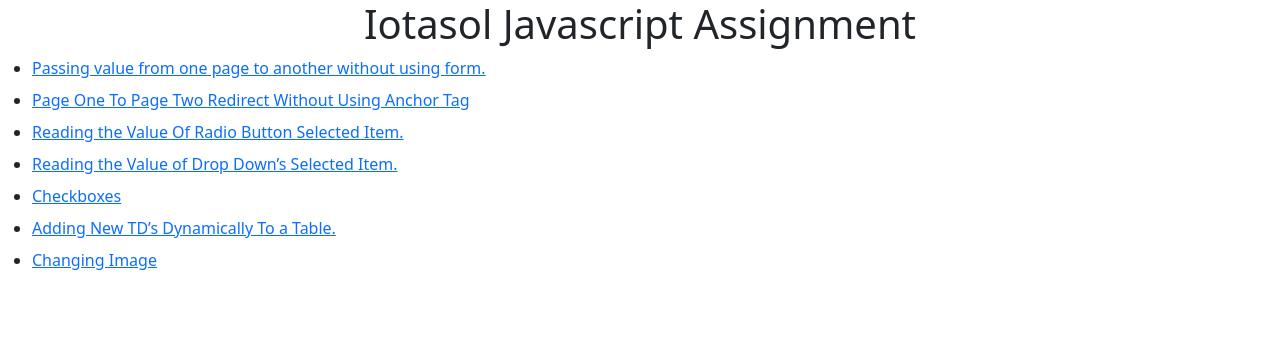
Repository: ishanbassi/iotasol-assignments
Page: /
These files come from the project's save history. The page is drawn as it stood at one moment and after the next save; the edit follows.
The browser window is 1280 px wide. The pictures show the whole page.
The project was rebuilt for these pictures with package versions that can differ from the ones it lists, and the page was loaded fresh each time. The framework's server and built-in components were replaced by stand-ins that run in the browser. Also part of the build but not shown: styles/global.css.

Above is the page before, as saved 2022-11-09 12:37:13.

After the next save:
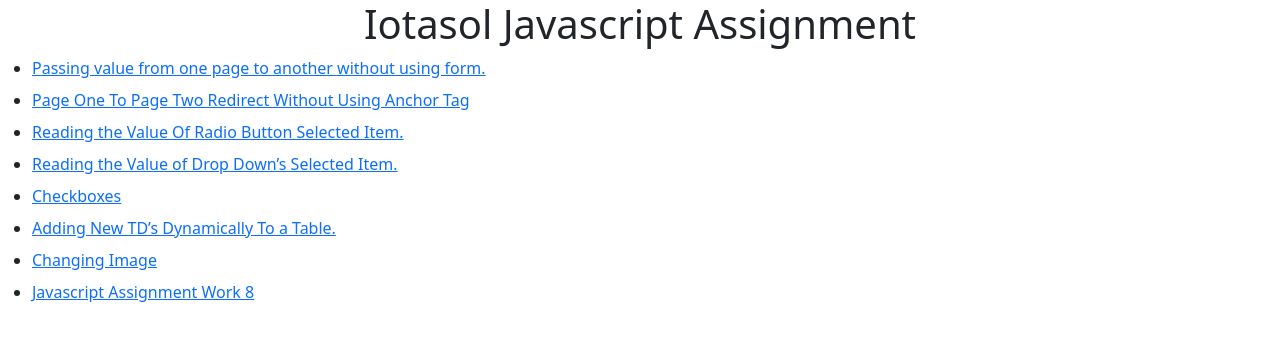
Saved 4 h 34 min later.
--- a/pages/index.tsx
+++ b/pages/index.tsx
@@ -29,6 +29,9 @@ export default function Home() {
         <li>
           <Link href="/iotasol/work-7">Changing Image</Link>
         </li>
+        <li>
+          <Link href="/iotasol/work-8">Javascript Assignment Work 8</Link>
+        </li>
       </ul>
     </>
 
